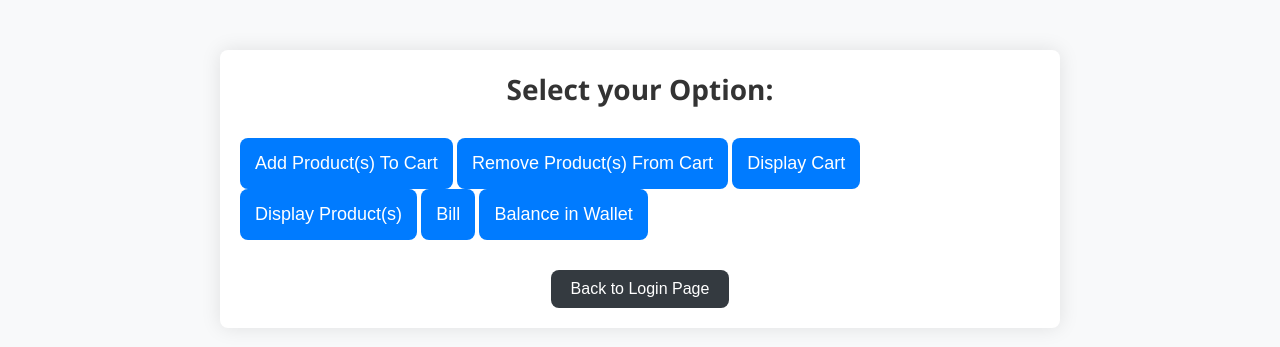
Repository: palakbari/Spring-MVC
Page: http://localhost/ShoppingSystem/customer_menu.jsp
The author's editor kept a copy of each file at every save. The page is drawn from the files as they stood at one save, then again after the next save.
The browser window is 1280 px wide. The pictures show the whole page.
The page is served by Tomcat 9. Other server files are loaded and not shown.

Above is the page before, as saved 2024-06-06 16:32:52.

### ShoppingSystem/src/main/webapp/customer_menu.jsp
<%@ page language="java" contentType="text/html; charset=UTF-8" pageEncoding="UTF-8"%>
<!DOCTYPE html>
<html>
<head>
    <meta charset="UTF-8">
    <title>Customer Menu</title>
    <style>
        body {
            font-family: 'Segoe UI', Tahoma, Geneva, Verdana, sans-serif;
            margin: 0;
            padding: 0;
            background-color: #f8f9fa;
        }
        .container {
            max-width: 800px;
            margin: 50px auto;
            padding: 20px;
            background-color: #fff;
            border-radius: 8px;
            box-shadow: 0 0 20px rgba(0, 0, 0, 0.1);
        }
        h2 {
            margin-top: 0;
            font-size: 28px;
            color: #333;
            text-align: center;
        }
        .button-container {
            margin-top: 30px;
            display: flex;
            flex-wrap: wrap;
            justify-content: space-between;
        }
        .button {
            flex: 0 0 48%;
            padding: 15px;
            font-size: 18px;
            text-align: center;
            background-color: #007bff;
            color: #fff;
            border: none;
            border-radius: 8px;
            cursor: pointer;
            transition: background-color 0.3s ease;
        }
        .button:hover {
            background-color: #0056b3;
        }
        .back-button {
            margin-top: 30px;
            text-align: center;
        }
        .back-button button, .back-button a {
            display: inline-block;
            vertical-align: middle;
            padding: 10px 20px;
            font-size: 16px;
            background-color: #343a40;
            color: #fff;
            border: none;
            border-radius: 8px;
            cursor: pointer;
            text-decoration: none;
            transition: background-color 0.3s ease;
        }
        .back-button button:hover, .back-button a:hover {
            background-color: #212529;
        }
        .back-button a {
            margin-left: 10px;
        }
    </style>
</head>
<body>
    <div class="container">
        <h2>Select your Option:</h2>
        <div class="button-container">
            <form action="customer">
                <button onclick="form.action='addProductsToCart'" class="button">Add Product(s) To Cart</button>
                <button onclick="form.action='removeProductsFromCart'" class="button">Remove Product(s) From Cart</button>
                <button onclick="form.action='displayProductsFromCart'" class="button">Display Cart</button>
                <button onclick="form.action='displayProductsToCustomer'" class="button">Display Product(s)</button>
                <button onclick="form.action='displayandpayBill'" class="button">Bill</button>
                <button onclick="form.action='addBalance'" class="button">Balance in Wallet</button>
            </form>
        </div>
        <div class="back-button">
            <form>
                <button type="button" onclick="window.location.href='index.jsp'" class="button">Back to Login Page</button>
            </form>
        </div>
    </div>
</body>
</html>

After the next save:
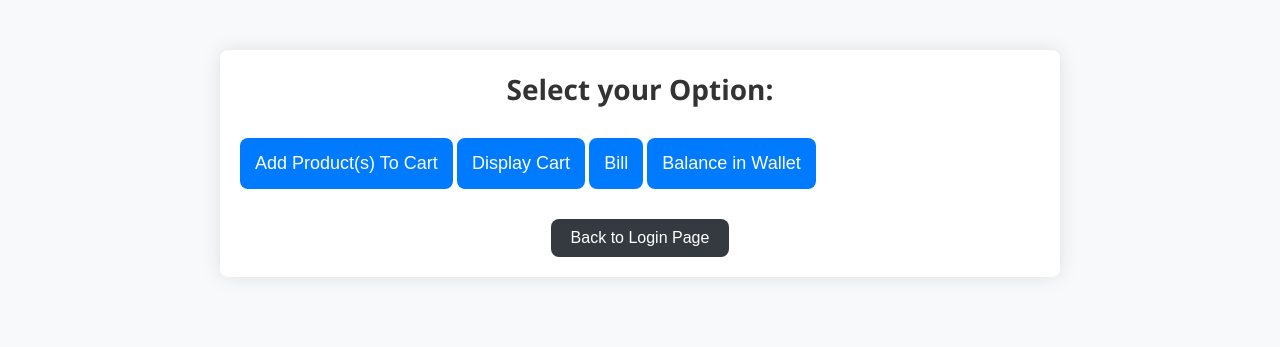
Saved 3 min 10 s later.
--- a/ShoppingSystem/src/main/webapp/customer_menu.jsp
+++ b/ShoppingSystem/src/main/webapp/customer_menu.jsp
@@ -77,9 +77,7 @@
         <div class="button-container">
             <form action="customer">
                 <button onclick="form.action='addProductsToCart'" class="button">Add Product(s) To Cart</button>
-                <button onclick="form.action='removeProductsFromCart'" class="button">Remove Product(s) From Cart</button>
                 <button onclick="form.action='displayProductsFromCart'" class="button">Display Cart</button>
-                <button onclick="form.action='displayProductsToCustomer'" class="button">Display Product(s)</button>
                 <button onclick="form.action='displayandpayBill'" class="button">Bill</button>
                 <button onclick="form.action='addBalance'" class="button">Balance in Wallet</button>
             </form>
